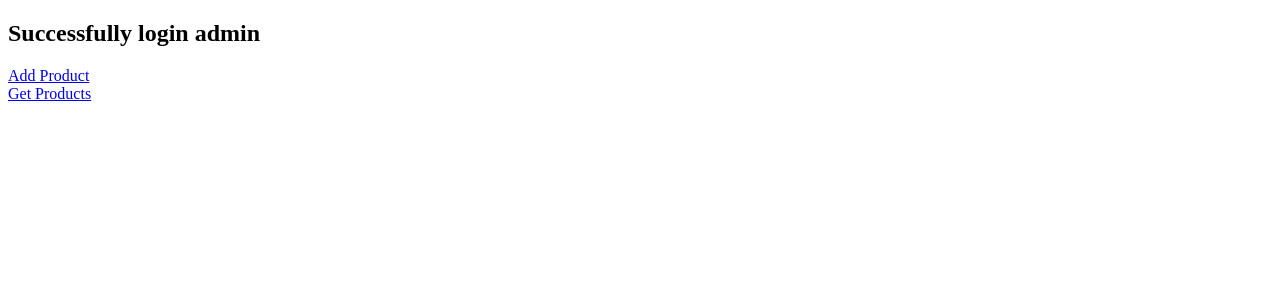
Repository: wardiurban/Assessment3
Page: http://localhost/AssignmentFinal/adminHome.jsp
These files come from the project's save history. The page is drawn as it stood at one moment and after the next save; the edit follows.
The browser window is 1280 px wide. The pictures show the whole page.
The page is served by Tomcat 9. Other server files are loaded and not shown.

Above is the page before, as saved 2022-07-30 06:23:47.

### AssignmentFinal/WebContent/adminHome.jsp
<%@ page language="java" contentType="text/html; charset=UTF-8"
    pageEncoding="UTF-8"%>
<!DOCTYPE html>
<html>
<head>
<meta charset="UTF-8">
<title>Insert title here</title>
</head>
<body>

<h2>Successfully login admin</h2>
<a href="addProduct.jsp">Add Product</a>
<br/>
<a href="getProduct">Get Products</a>
<br/>
</body>
</html>

After the next save:
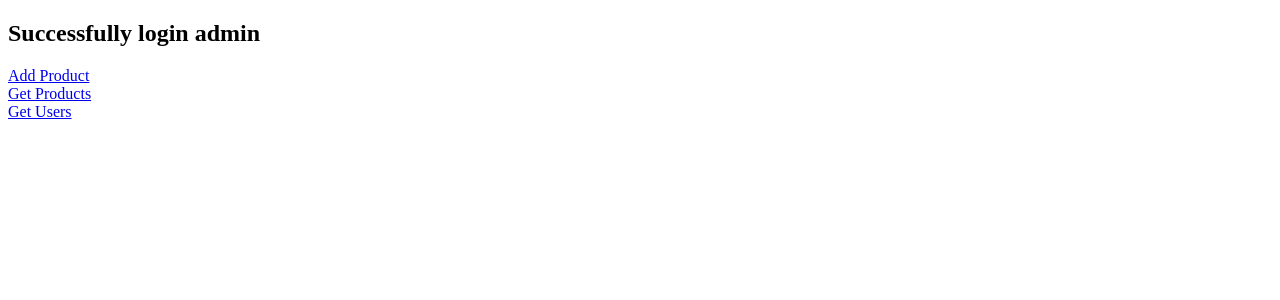
Saved 31 h 49 min later.
--- a/AssignmentFinal/WebContent/adminHome.jsp
+++ b/AssignmentFinal/WebContent/adminHome.jsp
@@ -13,5 +13,7 @@
 <br/>
 <a href="getProduct">Get Products</a>
 <br/>
+<a href="getUsers">Get Users</a>
+<br/>
 </body>
 </html>
